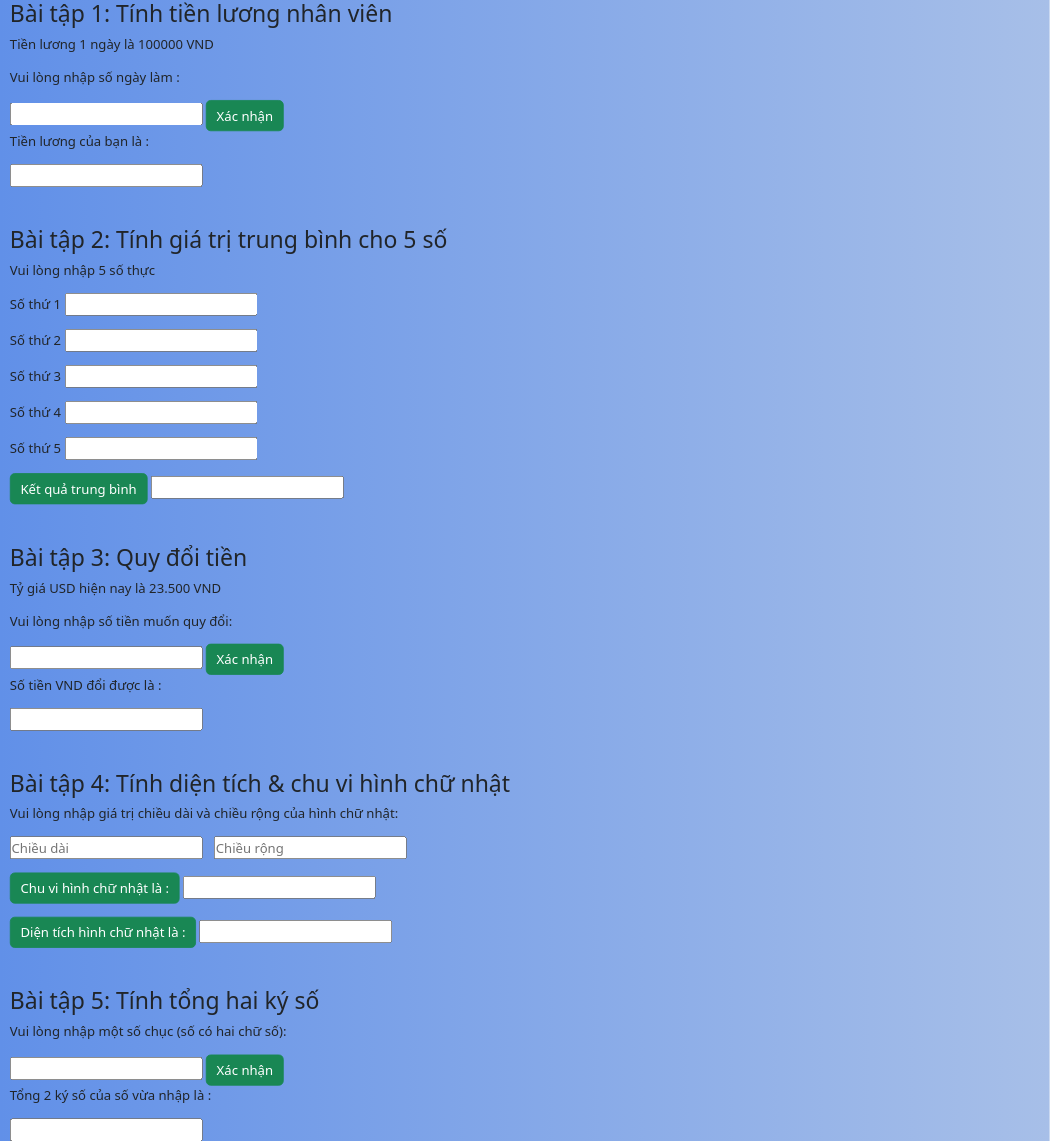
Repository: hcozyph/TranHuuPhuoc_BC43_BT_JS_Buoi2
Page: index.html
These files come from the project's save history. The page is drawn as it stood at one moment and after the next save; the edit follows.
The browser window is 1280 px wide. The pictures show the whole page, at 82% of full size.

Above is the page before, as saved 2023-02-03 20:19:04.

After the next save:
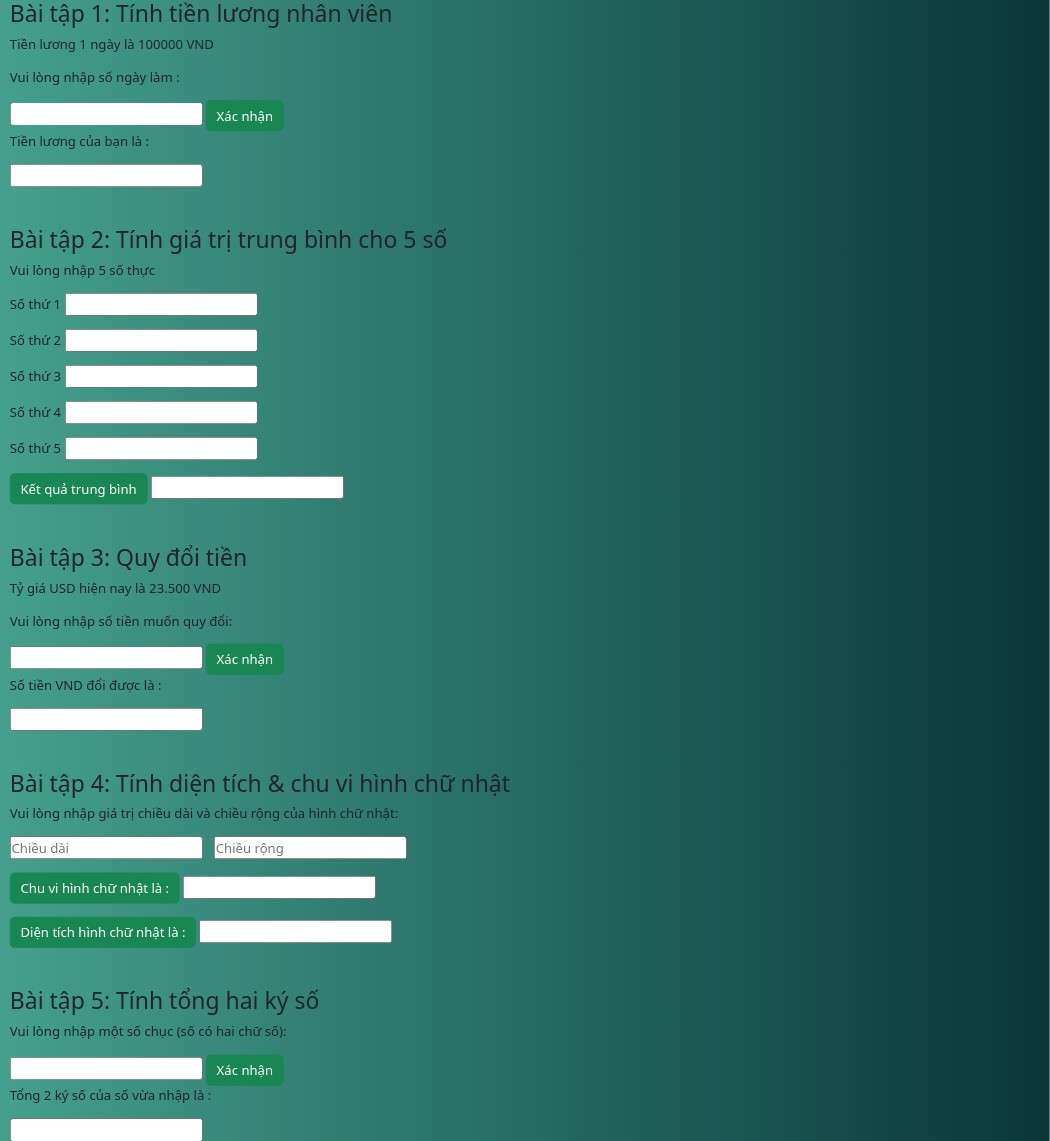
Saved 49 s later.
--- a/style/index.css
+++ b/style/index.css
@@ -13,11 +13,7 @@
 }
 
 .btvn {
-    background: linear-gradient(
-        to right,
-        rgb(97, 144, 232),
-        rgb(167, 191, 232)
-    );
+    background: linear-gradient(to right, rgb(68, 160, 141), rgb(9, 54, 55));
     background-repeat: no-repeat;
     background-size: cover;
 }
